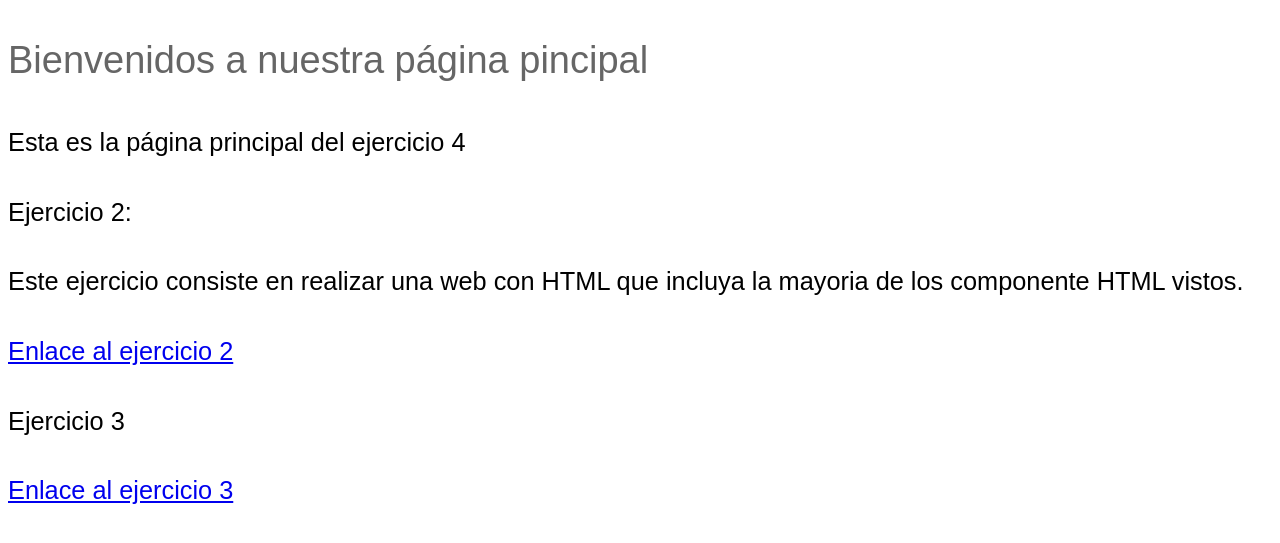
Repository: conmarred/Ejercicio4-Web
Page: Ejercicio4Web/src/main/webapp/index.html
These files come from the project's save history. The page is drawn as it stood at one moment and after the next save; the edit follows.
The browser window is 1280 px wide. The pictures show the whole page.
Some web fonts or font styles are not loaded; a fallback is used.

Above is the page before, as saved 2022-03-09 12:22:41.

### Ejercicio4Web/src/main/webapp/index.html
<!DOCTYPE html>
<html>
<head>
	<meta charset="UTF-8">
	<title>Pagina principal</title>
	<link rel="stylesheet" href="css/estilos.css">
</head>
<body>
	<div id="main">

		<section id="top">
			<div class="container">
				<h1>Bienvenidos a nuestra página pincipal</h1>
				<p class="titulo2">Esta es la página principal del ejercicio 4</p>
				<p>Ejercicio 2:</p>
				<p>Este ejercicio consiste en realizar
				una web con HTML que incluya la mayoria de los componente HTML vistos.</p>
				<a href="ejercicio2.html">Enlace al ejercicio 2</a>
				<p>Ejercicio 3</p>
				<a href="ejercicio3.html">Enlace al ejercicio 3</a>
			</div>
		</section>
	</div>

</body>
</html>

### Ejercicio4Web/src/main/webapp/css/estilos.css
@import url("fontawesome-all.min.css");
@import url("https://fonts.googleapis.com/css?family=Source+Sans+Pro:300,300italic,400,600");


/* Basic */

html {
	box-sizing: border-box;
}


body {
	background: #fff;
	font-family: 'Source Sans Pro', sans-serif;
	font-size: 19pt;
	font-weight: 300;
	line-height: 1.75em;
}


h1 {
	font-weight: 300;
	color: #666;
	line-height: 1.5em;
}


/* Container */

.container {
	margin: 0 auto;
	max-width: 100%;
	width: 1400px;
}

@media screen and (max-width: 700px) {

	.container {
		width: 100%;
	}

}


/* Section */

section {
	margin-bottom: 3em;
}

.titulo1 {
	font: 400 50px Bitter, serif;
	line-height: 20px;
	color: black;
	text-align: center;
}

After the next save:
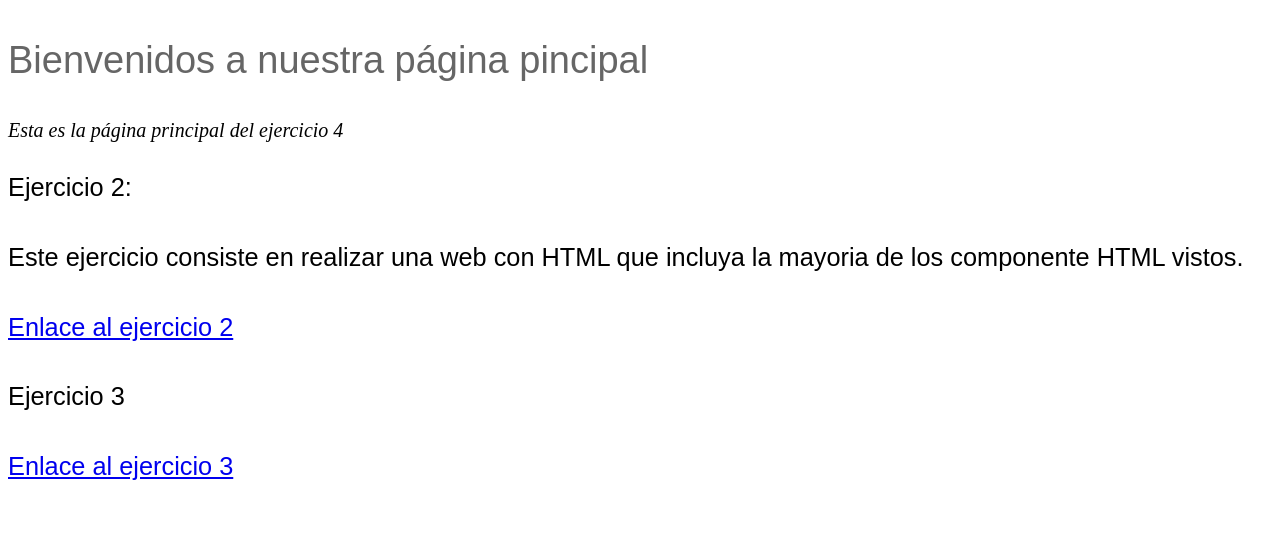
Saved 8 s later.
--- a/Ejercicio4Web/src/main/webapp/css/estilos.css
+++ b/Ejercicio4Web/src/main/webapp/css/estilos.css
@@ -54,3 +54,13 @@ section {
 	color: black;
 	text-align: center;
 }
+
+.titulo2 {
+	font-family: Bitter, serif;
+	font-weight: 400;
+	font-style: italic;
+	font-size: 20px;
+	line-height: 20px;
+	color: black;
+	text-align: left;
+}
